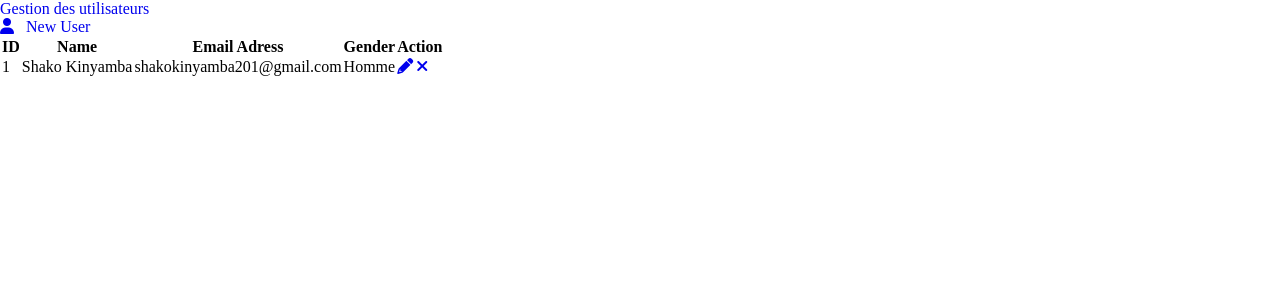
Repository: SKB-TECH/CrudMren
Page: index.html
An editor plug-in stored every save of this project. The page is shown before and after a run of saves, followed by the edit.
The browser window is 1280 px wide. The pictures show the whole page.
Some web fonts or font styles are not loaded; a fallback is used.

Above is the page before, as saved 2022-10-05 09:16:50.

### index.html
<!DOCTYPE html>
<html lang="en">
<head>
    <meta charset="UTF-8">
    <meta http-equiv="X-UA-Compatible" content="IE=edge">
    <meta name="viewport" content="width=device-width, initial-scale=1.0">
    <link rel="stylesheet" href="https://cdnjs.cloudflare.com/ajax/libs/font-awesome/6.2.0/css/all.min.css" integrity="sha512-xh6O/CkQoPOWDdYTDqeRdPCVd1SpvCA9XXcUnZS2FmJNp1coAFzvtCN9BmamE+4aHK8yyUHUSCcJHgXloTyT2A==" crossorigin="anonymous" referrerpolicy="no-referrer" />
    <link rel="stylesheet" href="./assets/css/style.css">
    <title>CRUD APPLICATION</title>
</head>
<body>
    <!-- Header -->
    <header id="header">
        <nav>
            <div class="container">
                <div class="text-center">
                    <a href="/">Gestion des utilisateurs</a>
                </div>
            </div>
        </nav>
    </header>
    <!-- /Header -->

    <!-- Main  -->
        <main id="site-main">
          <div class="container">
            <div class="box-nav d-flex-justify=between ">
                <a href="/add-user" class="border-shadow">
                    <span class="text-gradient"><i class="fas fa-user"></i> &nbsp; New User</span>
                </a>
            </div>
          </div>
        </main>
    <!-- /Main -->

    <!-- Form handling -->
        <form action="/" method="POST">
            <table class="table">
                <thead class="thead-dark">
                    <tr>
                        <th>ID</th>
                        <th>Name</th>
                        <th>Email Adress</th>
                        <th>Gender</th>
                        <th>Action</th>
                    </tr>
                    <tbody>
                        <tr>
                            <td>1</td>
                            <td>Shako Kinyamba</td>
                            <td>shakokinyamba201@gmail.com</td>
                            <td>Homme</td>
                            <td>
                                <a href="#" class="btn border-shadow update">
                                    <span class="text-gradient">
                                        <i class="fas fa-pencil-alt"></i>
                                    </span>
                                </a>

                                <a href="#" class="btn border-shadow delete">
                                    <span class="text-gradient">
                                        <i class="fas fa-times"></i>
                                    </span>
                                </a>
                            </td>
                        </tr>
                    </tbody>
                </thead>
            </table>
        </form>
    <!-- /Form handling -->
</body>
</html>

### assets/css/style.css
@import url('https://fonts.googleapis.com/css2?family=Barlow&family=PT+Sans&display=swap');

/* font-family: 'Barlow', sans-serif;
font-family: 'PT Sans', sans-serif; */

:root{
    --dark:#2b2d42;
    --light:#adb5bd;
    --border:#dee2e6;
    --border-btn:#edf2f4
}

*{
    padding: 0;
    margin: 0;
    box-sizing: border-box;
}

a{
    text-decoration: none;
    font-family: ;
}

After the next 2 saves:
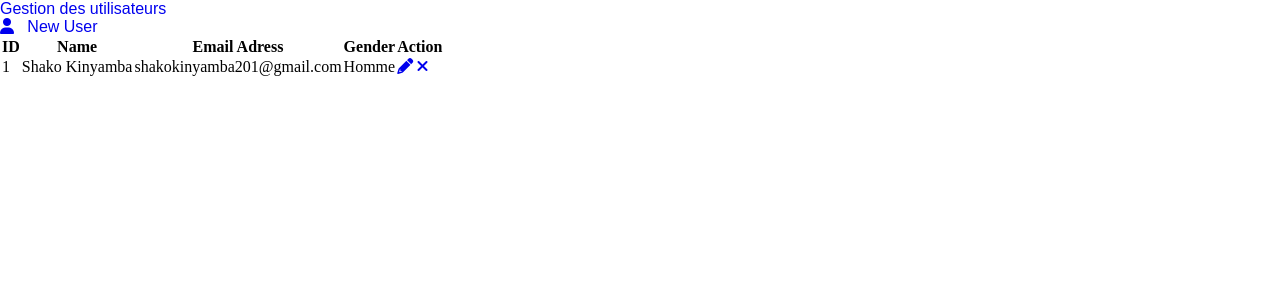
The 2 saves are shown as one change because they came seconds apart.
The last was saved 13 s later.
--- a/assets/css/style.css
+++ b/assets/css/style.css
@@ -3,20 +3,20 @@
 /* font-family: 'Barlow', sans-serif;
 font-family: 'PT Sans', sans-serif; */
 
-:root{
-    --dark:#2b2d42;
-    --light:#adb5bd;
-    --border:#dee2e6;
-    --border-btn:#edf2f4
+:root {
+    --dark: #2b2d42;
+    --light: #adb5bd;
+    --border: #dee2e6;
+    --border-btn: #edf2f4
 }
 
-*{
+* {
     padding: 0;
     margin: 0;
     box-sizing: border-box;
 }
 
-a{
+a {
     text-decoration: none;
-    font-family: ;
+    font-family: 'PT Sans', sans-serif;
 }
